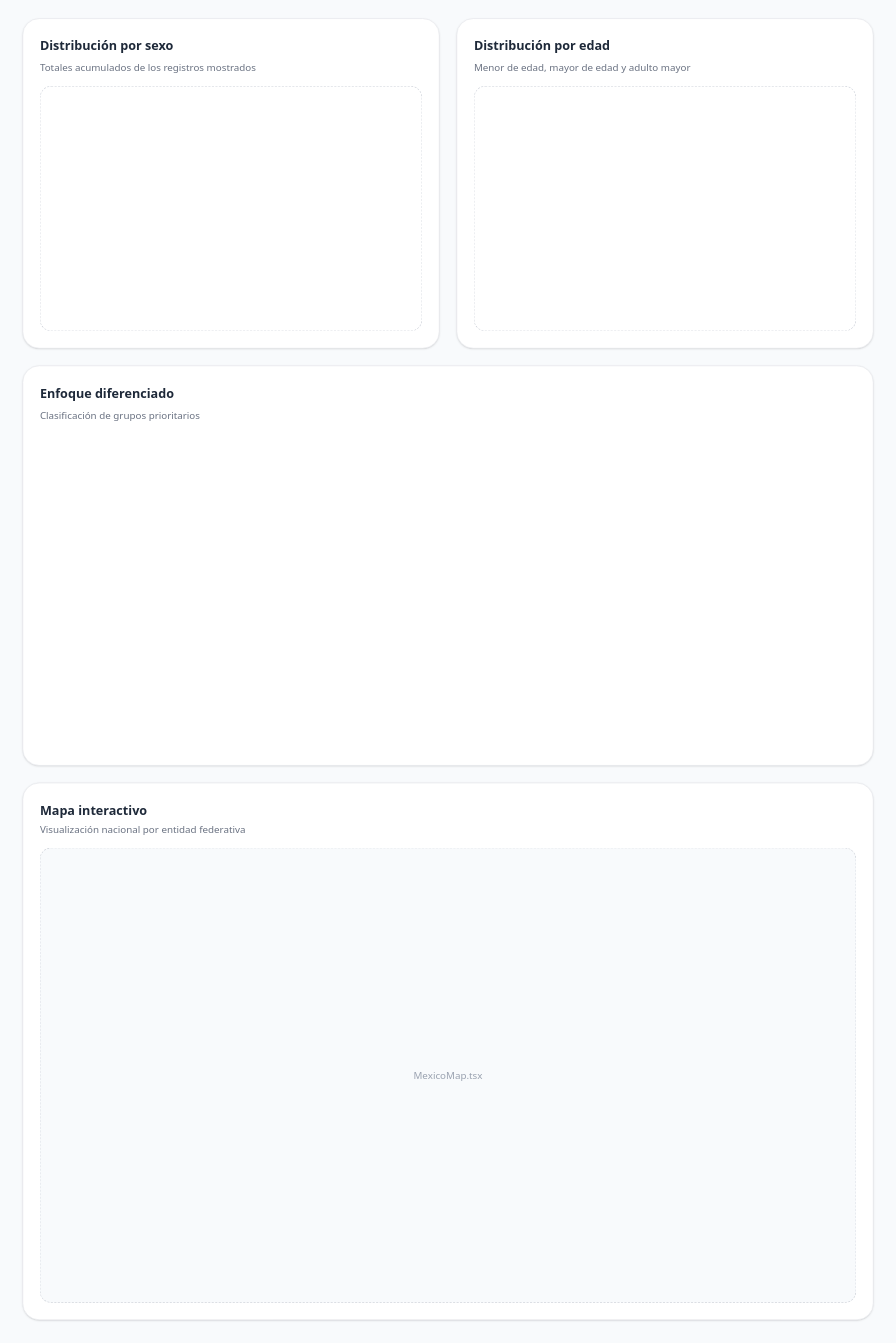
Repository: jesus890/semaforo-cinepolis
Page: /estadisticas
These files come from the project's save history. The page is drawn as it stood at one moment and after the next save; the edit follows.
The browser window is 1280 px wide. The pictures show the part of the page from y = 1030 to 2950 px (the page is 2948 px tall before and 2950 px after), at 70% of full size.
An inner scrolling area shows only its first screen. The project was rebuilt for these pictures with package versions that can differ from the ones it lists, and the page was loaded fresh each time. Also part of the build but not shown: vite.config.ts, src/components/Dashboard/navigation/BackButton.tsx.

Above is the page before, as saved 2026-06-01 20:15:24.

After the next save:
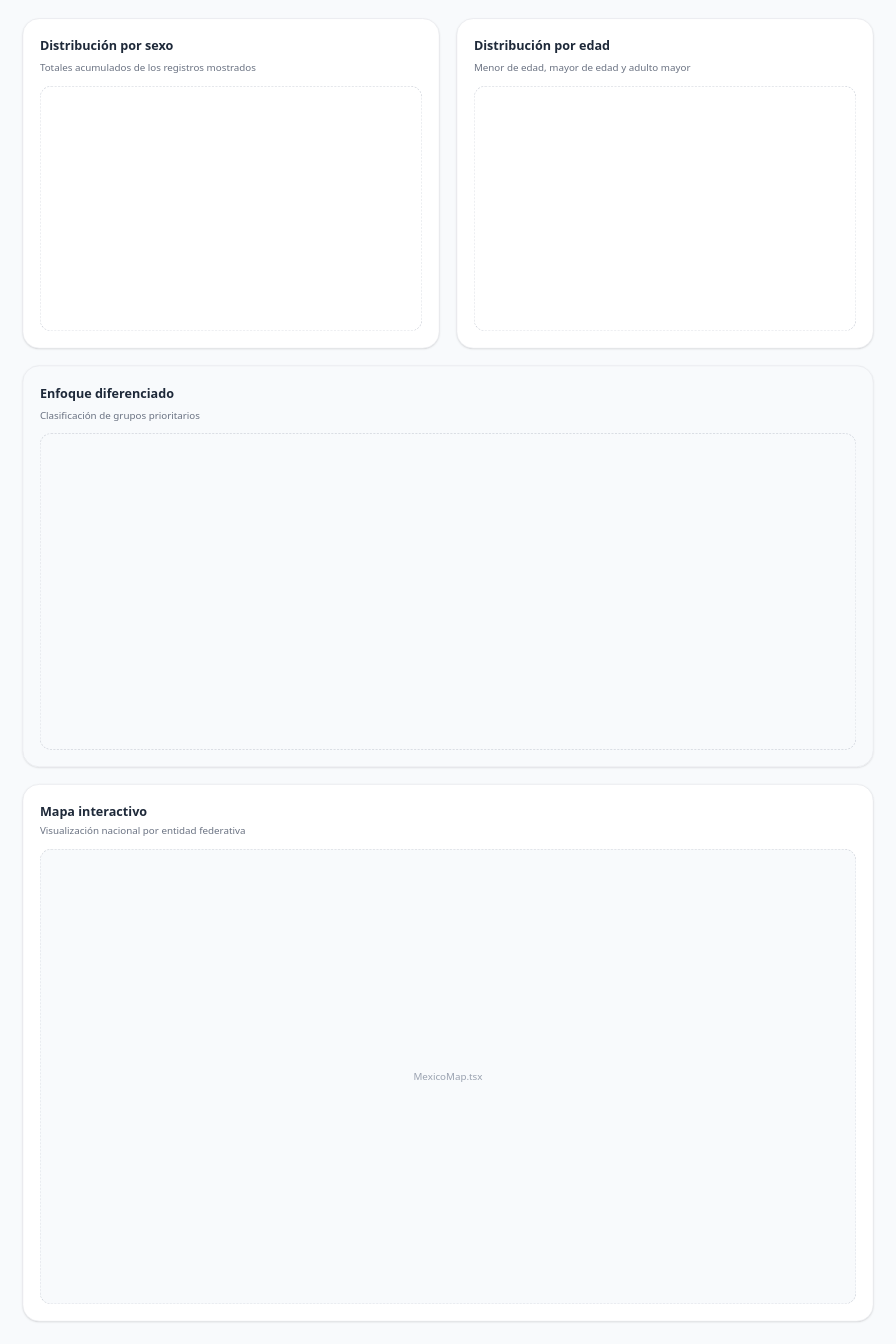
Saved 14 s later.
--- a/src/components/Dashboard/Dashboard.tsx
+++ b/src/components/Dashboard/Dashboard.tsx
@@ -191,7 +191,7 @@ export default function Dashboard() {
 
                 {/* ENFOQUE */}
 
-                <div className="mt-6 rounded-3xl border border-gray-200 bg-white p-6 shadow-sm">
+                <div className="mt-6 rounded-3xl border border-gray-200 p-6 shadow-sm">
 
                     <h3 className="mb-2 text-lg font-bold text-gray-800">
 
@@ -205,7 +205,7 @@ export default function Dashboard() {
 
                     </p>
 
-                    <div className="flex items-center">
+                    <div className="flex items-center justify-center rounded-2xl border border-dashed border-gray-300">
 
                         <EnfoqueChart />
 
